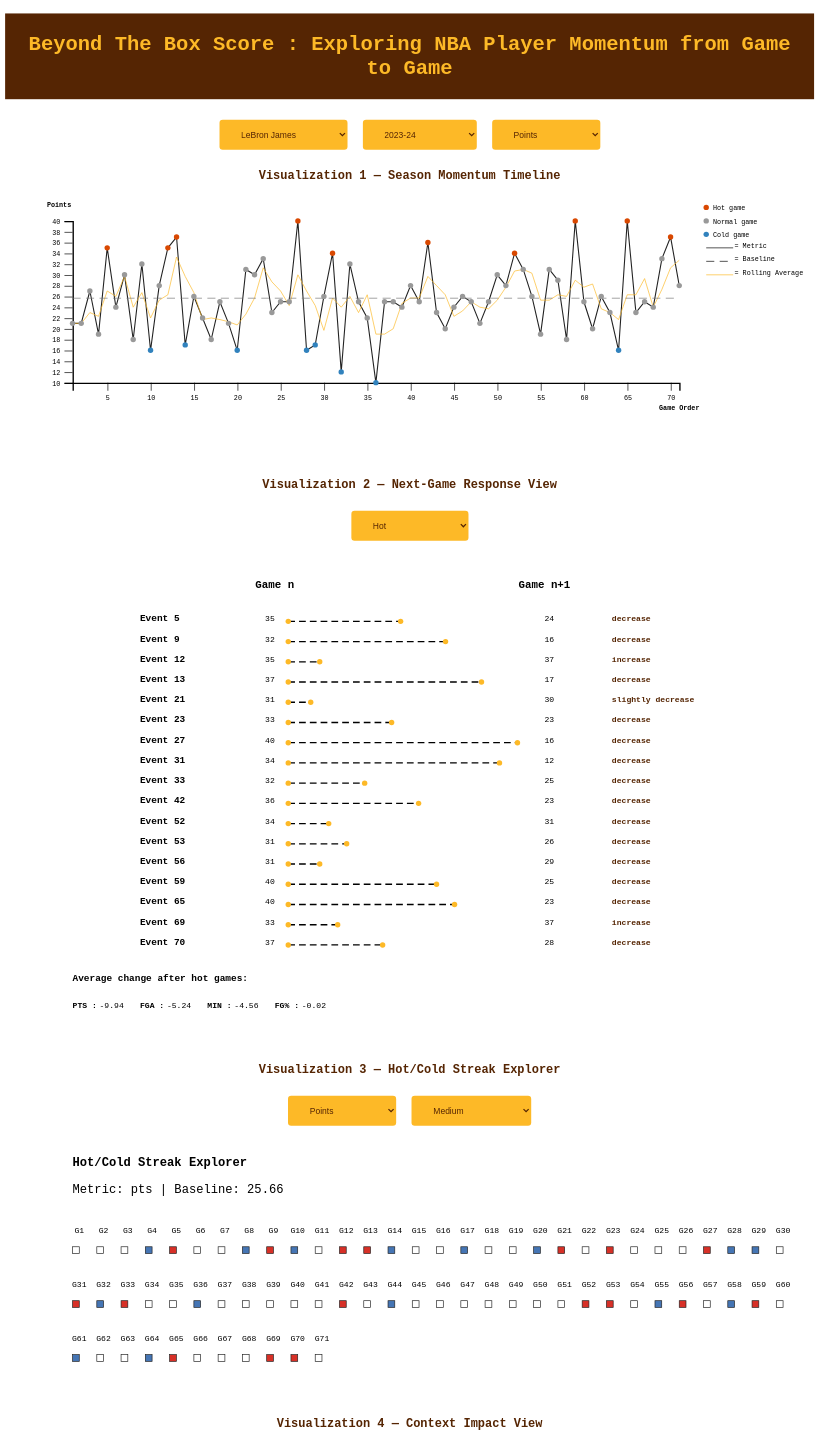
Repository: houdafatih/Data-Viz-Project
Page: index.html
An editor plug-in stored every save of this project. The page is shown before and after the next save, followed by the edit.
The browser window is 1280 px wide. The pictures show the whole page, at 64% of full size.

Above is the page before, as saved 2026-06-21 02:48:13.

### index.html
<!DOCTYPE html>
<html>
   <head>
    <meta charset="UTF-8"/>
    <title>Beyond The Box Score</title>
    <link rel="stylesheet" href="style.css" >
  </head>
  <body>
     <h1>Beyond The Box Score : Exploring NBA Player Momentum from Game to Game</h1>

     <div class="selection">
        <select id="playerSelect">
            <option selected disabled>Select a Player</option>
        </select>

        <select id="seasonSelect">
            <option selected disabled>Select a Season</option>
        </select>

        <select id="metricSelect">
            <option selected disabled>Select a metric</option>
            <option value="pts">Points</option>
            <option value="fga">FGA</option>
            <option value="min">Minutes</option>
            <option value="fg_pct">FG%</option>
            <option value="plus_minus">Plus/Minus</option>
        </select>
     </div>

     <h3>Visualization 1 — Season Momentum Timeline</h3>
     <div id="vizual1"></div>

     <h3>Visualization 2 — Next-Game Response View</h3>
     <div class="selection">
        <select id="performanceSelect">
            <option selected disabled>Select event type</option>
            <option value="all">All</option>
            <option value="hot">Hot</option>
            <option value="cold">Cold</option>
            <option value="normal">Normal</option>
        </select>
     </div>
     <div id="vizual2"></div>

     <h3>Visualization 3 — Hot/Cold Streak Explorer</h3>
     <div class="selection">
        <select id="metricSelectV3">
            <option selected disabled>Select a metric</option>
            <option value="pts">Points</option>
            <option value="fga">FGA</option>
            <option value="min">Minutes</option>
            <option value="fg_pct">FG%</option>
            <option value="plus_minus">Plus/Minus</option>
        </select>
        <select id="thresholdSelect">
        <option selected disabled>Select a threshold</option>
            <option value="loose">Loose</option>
            <option value="medium">Medium</option>
            <option value="strict">Strict</option>
        </select>
     </div>
     <div id="vizual3"></div>


     <h3>Visualization 4 — Context Impact View</h3>
     <div id="vizual4"></div>

  </body>
  <script src="https://d3js.org/d3.v7.min.js"></script>
  <script type="module" src="index.js"></script>
</html>

### style.css
body{
    padding: 0px;
}
h1{
  text-align: center;
  font-size: 2rem;
  font-family: "Courier New", Courier, monospace;
  color : #fdb927;
  background-color: #552503;
  padding: 30px;

}
.selection{
    text-align: center;
}
select{
    margin: 10px;
    padding: 15px 30px;
    border-radius: 5px;
    border: none;
    background: #fdb927;
    color:#552503;

}
select option:hover{
    background-color: #fdb927;
}



h3{
    color: #552503;
    font-family: "Courier New", Courier, monospace;
    text-align: center;
}
.tick{
    font-size: 5px;
}
line{
    stroke-width: 0.5px;
}
.label{
    color: #552503;
    font-family: "Courier New", Courier, monospace;
    font-weight: bold;
}

.tooltip{
    position: fixed;
    background: wheat;
    border: 1px solid #ccc;
    padding: 10px;
    font-size: 15px;
    opacity: 0;
    pointer-events: none;

}
text{
    font-family: "Courier New", Courier, monospace;
}
.tooltip2{
    position: fixed;
    background: #fdb927;
    border: 1px solid #ccc;
    padding: 10px;
    font-size: 15px;
    visibility: hidden;
    pointer-events: none;
}
.line2{
    stroke-width: 1px;
}

### index.js
import {playersData,seasonData} from "./scripts/utils.js";
import { drawVisualization1 } from "./scripts/visualization1.js";
import { drawVisualization2 } from "./scripts/visualization2.js";
import { drawVisualization3 } from "./scripts/visualization3.js";

d3.csv("data/nba.csv").then(function(data){

   data.forEach(element => {
        element.player_id = +element.player_id
        element.game_index = +element.game_index
        element.pts = +element.pts
        element.fga = +element.fga
        element.min = +element.min
        element.fg_pct = +element.fg_pct
        element.plus_minus = +element.plus_minus
        element.next_pts = +element.next_pts
        element.next_fga = +element.next_fga
        element.next_min = +element.next_min
        element.next_fg_pct = +element.next_fg_pct
        element.rolling_pts_avg_3 = +element.rolling_pts_avg_3
        element.baseline_pts = +element.baseline_pts
        element.pts_diff_from_baseline = +element.pts_diff_from_baseline
        element.streak_length = +element.streak_length
   });

   playersData(data)
   seasonData(data)

   const nba_data = data

   d3.select("#playerSelect").property("value",nba_data[0].player_name)

   d3.select("#seasonSelect").property("value",nba_data[0].season_year)

   d3.select("#metricSelect").property("value","pts")

   d3.select("#performanceSelect").property("value","hot")

   d3.select("#metricSelectV3").property("value","pts")

   d3.select("#thresholdSelect").property("value","medium")

   updateVisualizations(nba_data)


   d3.select("#playerSelect").on("change",() => updateVisualizations(nba_data))
   d3.select("#seasonSelect").on("change",() => updateVisualizations(nba_data))
   d3.select("#metricSelect").on("change",() => updateVisualizations(nba_data))
   d3.select("#performanceSelect").on("change",() => updateVisualizations(nba_data))
   d3.select("#metricSelectV3").on("change",() => updateVisualizations(nba_data))
   d3.select("#thresholdSelect").on("change",() => updateVisualizations(nba_data))

})

function updateVisualizations(nba_data){
    const player = d3.select("#playerSelect").property("value")
    const season = d3.select("#seasonSelect").property("value")
    const metric = d3.select("#metricSelect").property("value")

    const eventT = d3.select("#performanceSelect").property("value")

    const metricv3 = d3.select("#metricSelectV3").property("value")
    const threshold =d3.select("#thresholdSelect").property("value")

    if(player === "Select a Player" || season === "Select a Season" || metric === "Select a metric"){
        return
    }

    let data_filter = nba_data.filter(d => d.player_name === player && d.season_year == season)
    drawVisualization1(data_filter,"#vizual1",metric)

    if(eventT === "Select event type"){
        return
    }
    drawVisualization2(data_filter,"#vizual2",metric,eventT)

    if(metricv3 === "Select a metric" || threshold === "Select a threshold"){
        return
    }
    drawVisualization3(data_filter,"#vizual3",metricv3,threshold)
}

### scripts/utils.js
export function playersData(data){
    const players_list = [...new Set(data.map(dt => dt.player_name))]

    d3.select("#playerSelect").selectAll(".players-options").data(players_list)
    .enter().append("option").attr("class","players-options").attr("value",dt=>dt).text(dt => dt)
}

export function seasonData(data){
    const seasons_list = [...new Set(data.map(dt => dt.season_year))]
    d3.select("#seasonSelect").selectAll(".seasons-options").data(seasons_list)
    .enter().append("option").attr("class","seasons-options").attr("value",dt=>dt).text(dt => dt)
}

### scripts/visualization2.js
export function drawVisualization2(data,id,metric,eventT){
    if(data.length === 0) {
        clearCanvas(id)
        return
    }


     let new_data = createData(data,metric)

     if(eventT !== "all"){
        new_data = new_data.filter(d => performance_filter(d.current_g,data,metric) === eventT)
     }

     const canvas = createCanvas(new_data)

     clearCanvas(id)

     const svg = addSvg(id,canvas)

     draw_Header(svg,200,400)
     draw_Rows(svg,new_data,200,400,canvas.margin,15)
     addSummaryCard(svg,new_data,eventT,canvas)

}
function createCanvas(new_data){
    return{
        width : 600, height: 100 + new_data.length *16 , margin:{top: 20,right:100, bottom:60, left:50}
    }
}

function clearCanvas(id){
    d3.select(id).html("")
}

function addSvg(id,canvas){
    return d3.select(id).append("svg").attr("viewBox",`0 0 ${canvas.width} ${canvas.height}`)
}

function createData(data,metric){
   const new_data = data.slice().sort((a,b) => a.game_index - b.game_index)

   return new_data.slice(0,-1).map((d,j) => {
      const nextG = new_data[j+1]

      return {
        eventN: j+1,
        game_idx : d.game_index,
        nextg_index : nextG.game_index,
        current_v: d[metric],
        next_v : nextG[metric],
        difference : nextG[metric] - d[metric],
        current_g : d,
        next_g : nextG
      }
   })
}

function draw_Header(svg,left,right){
    svg.append("text").attr("x",left).attr("y",30)
    .attr("text-anchor","middle").attr("font-weight","bold").attr("font-size","8px").text("Game n")

    svg.append("text").attr("x",right).attr("y",30)
    .attr("text-anchor","middle").attr("font-weight","bold").attr("font-size","8px").text("Game n+1")

}

function draw_Rows(svg,new_data,left,right,margin,r_height){
    const tooltip = toolTip2(new_data)

    const rows = svg.selectAll(".response-row").data(new_data).enter()
     .append("g").attr("class","response-row")
     .attr("transform",(d,j) => `translate(0,${margin.top+j*r_height})`)

    rows.append("text").attr("x",100).attr("y",35).text(d =>`Event ${d.eventN}` )
     .attr("font-size","7px").attr("font-weight","bold")
    rows.append("text").attr("x",left).attr("y",35).attr("text-anchor","end").text(d => d.current_v).attr("font-size","6px")

    const line_scale = d3.scaleLinear().domain([0,d3.max(new_data, d => Math.abs(d.difference))]).range([20,180])

    rows.append("line").attr("x1",left+10).attr("class","line2")
    .attr("x2",d => { const l= line_scale(Math.abs(d.difference))
        return left+l

    })
    .attr("y1",35).attr("y2",35).attr("stroke","black").attr("stroke-dasharray","5 3")
    .on("mouseover",function(event,d){
        tooltip.style("visibility","visible").html(tooltipInformations2(d))
     })
     .on("mousemove",function(event){
        tooltip.style("left",event.clientX+15+"px")
          .style("top",event.clientY-20+"px")
     })
     .on("mouseout",function(){
        tooltip.style("visibility","hidden")
     })

    rows.append("circle").attr("cx",left+10).attr("cy",35).attr("r",2).attr("fill","#fdb927")
    rows.append("circle").attr("cx",d => { const l= line_scale(Math.abs(d.difference))
        return left+l

    }).attr("cy",35).attr("r",2).attr("fill","#fdb927")

    rows.append("text").attr("x",right).attr("y",35).text(d => d.next_v).attr("font-size","6px")

    rows.append("text").attr("x",right+50).attr("y",35).text(d => difference_label(d.difference))
    .attr("font-size","6px").attr("fill","#552503").attr("font-weight","bold")

}

function difference_label(diff){
    if(diff > 1) return "increase"
    if(diff < -1) return "decrease"
    if(diff < 0) return "slightly decrease"
    if(diff > 0) return "slightly increase"
    return "stable"
}

function performance_filter(d,data,metric){
   const bLine = d3.mean(data,dt => dt[metric])
   const th = Math.abs(bLine) * 0.2
   const dv = d[metric] - bLine

   if(dv > th) return "hot"
   if(dv < -th) return "cold"
   return "normal"
}

function addSummaryCard(svg,new_data,eventT,canvas){

    svg.append("text").attr("x",50).attr("y",canvas.height-50)
    .attr("font-weight","bold").text(`Average change after ${eventT} games:`).attr("font-size","7px")

    const metrics_change = new_data.map(d => {
        const pts = d.current_g["next_pts"] - d.current_g["pts"]
        const fga = d.current_g["next_fga"] - d.current_g["fga"]
        const min = d.current_g["next_min"] - d.current_g["min"]
        const fg_pct = d.current_g["next_fg_pct"] - d.current_g["fg_pct"]

        return {"pts":pts,"fga":fga,"min":min,"fg_pct":fg_pct}
    })

    const means = [
        {"avg":d3.mean(metrics_change,d => d.pts),"name":"PTS"},
        {"avg":d3.mean(metrics_change,d => d.fga),"name":"FGA"},
        {"avg":d3.mean(metrics_change,d => d.min),"name":"MIN"},
        {"avg":d3.mean(metrics_change,d => d.fg_pct),"name":"FG%"}
    ]

    means.forEach((element,i) => {
        let position = canvas.margin.left+i*50
        svg.append("text").attr("x",position).attr("y",canvas.height-30)
        .attr("font-size","6px").attr("font-weight","bold")
        .text(`${element.name} : `)
        svg.append("text").attr("x",position+20).attr("y",canvas.height-30)
        .attr("font-size","6px")
        .text(`${element.avg.toFixed(2)}`)

    });

}

function toolTip2(){
    let tooltip = d3.select("body").select(".tooltip2")
    if(tooltip.empty()){
        tooltip = d3.select("body").append("div").attr("class","tooltip2")
    }

    return tooltip
}

function tooltipInformations2(data){
    console.log(data)
    return `<strong> Game n - Date: ${data.current_g["game_date"]} </strong><br>
            <strong> Game n - Opponent: ${data.current_g["opponent"]} </strong><br>
            <strong> Game n - Points: ${data.current_g["pts"]} </strong><br>
            <strong> Game n+1 - Date: ${data.next_g["game_date"]} </strong><br>
            <strong> Game n+1 - Opponent: ${data.next_g["opponent"]} </strong><br>
            <strong> Game n+1 - Points: ${data.next_g["pts"]} </strong><br>
    `
}

### scripts/visualization3.js
export function drawVisualization3(data,id,metric,threshold){
     if(data.length === 0) {
        clearCanvas(id)
        return
    }
     const canvas = createCanvas()

     clearCanvas(id)

     const svg = addSvg(id,canvas)

     const baseline_classif = calculateBaselineAndClassifyGames(data,metric)
     const scale = colorScale()

     addTitle(svg,canvas,baseline_classif.baseline,metric)

     addLablels(svg,baseline_classif.classification,canvas)

     addCells(svg,baseline_classif.classification,canvas,scale)

}

function createCanvas(){
    return{
        width : 600, height: 200, margin:{top: 20,right:100, bottom:60, left:50}
    }
}

function clearCanvas(id){
    d3.select(id).html("")
}

function addSvg(id,canvas){
    return d3.select(id).append("svg").attr("viewBox",`0 0 ${canvas.width} ${canvas.height}`)
}

function calculateBaselineAndClassifyGames(data,metric)
{
  const baseline = d3.mean(data,dt=> dt[metric])

  const classification = data.map((d,j)=> {
    let perf_label = ""
    if(d[metric] > baseline + 5){
        perf_label = "hot"
    }else if(d[metric] < baseline - 5){
        perf_label = "cold"
    }
    else perf_label = "normal"

    return {
        ...d,
        g_num : j+1,
        perf_label:perf_label,
        difference : d[metric] - baseline
    }
  })

    return{
        baseline : baseline,
        classification : classification
    }
}

function colorScale(){
    const color_sc = d3.scaleOrdinal()
    .domain(["hot","normal","cold"])
    .range(["#d73027","#fff","#4575b4"])
    return color_sc
}

function addTitle(svg,canvas,baseline,metric){
    svg.append("text").attr("x",canvas.margin.left).attr("y",25).attr("font-size","9px")
    .attr("font-weight","bold").text("Hot/Cold Streak Explorer")

    svg.append("text").attr("x",canvas.margin.left).attr("y",45).attr("font-size","9px")
    .text(`Metric: ${metric} | Baseline: ${baseline.toFixed(2)}`)
}

function addLablels(svg, classification,canvas){
    const num = 30
    svg.selectAll(".game-label").data(classification).enter().append("text").attr("class","game-label")
    .attr("x",(d,j) => canvas.margin.left + (j%num) * 18 + 10 /2).attr("y",(d,j) => 75 + (Math.floor(j/num))*40)
    .attr("text-anchor","middle").attr("font-size","6px").text(d => `G${d.g_num}`)
}

function addCells(svg, classification,canvas,scale){
    const num = 30
    svg.selectAll(".game-cell").data(classification).enter().append("rect").attr("class","game-cell")
    .attr("x",(d,j) => canvas.margin.left + (j%num) * 18).attr("y",(d,j) => 85 + (Math.floor(j/num))*40).attr("width",5).attr("height",5)
    .attr("fill",d => scale(d.perf_label)).attr("stroke","#222").attr("stroke-width",0.5)
}

Loaded but not shown: scripts/visualization1.js (197 lines, source omitted)

After the next save:
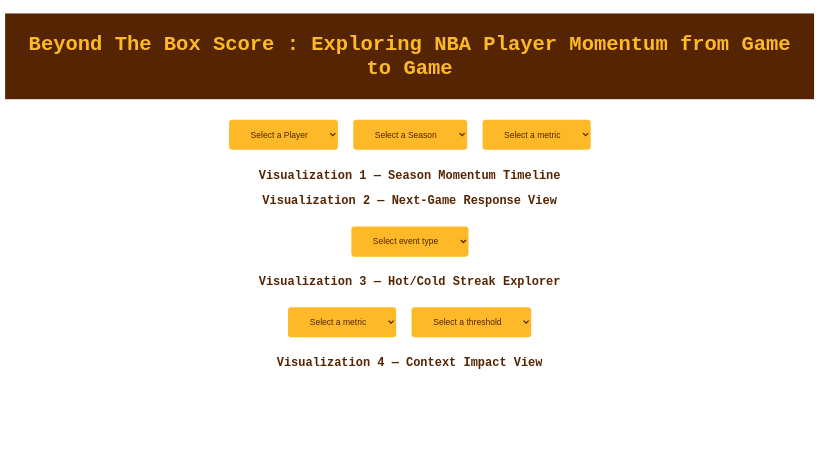
Console error: SyntaxError: Unexpected end of input
Saved 3 min 23 s later.
--- a/scripts/visualization3.js
+++ b/scripts/visualization3.js
@@ -1,3 +1,9 @@
+
+const colors_labels = [
+    {lab:"Hot games",color:"#d73027"},
+    {lab:"Normal games",color:"#fff"},
+    {lab:"Cold games",color:"#4575b4"}
+]
 export function drawVisualization3(data,id,metric,threshold){
      if(data.length === 0) {
         clearCanvas(id)
@@ -89,3 +95,5 @@
     .attr("x",(d,j) => canvas.margin.left + (j%num) * 18).attr("y",(d,j) => 85 + (Math.floor(j/num))*40).attr("width",5).attr("height",5)
     .attr("fill",d => scale(d.perf_label)).attr("stroke","#222").attr("stroke-width",0.5)
 }
+
+function addLegends()

After the save that followed:
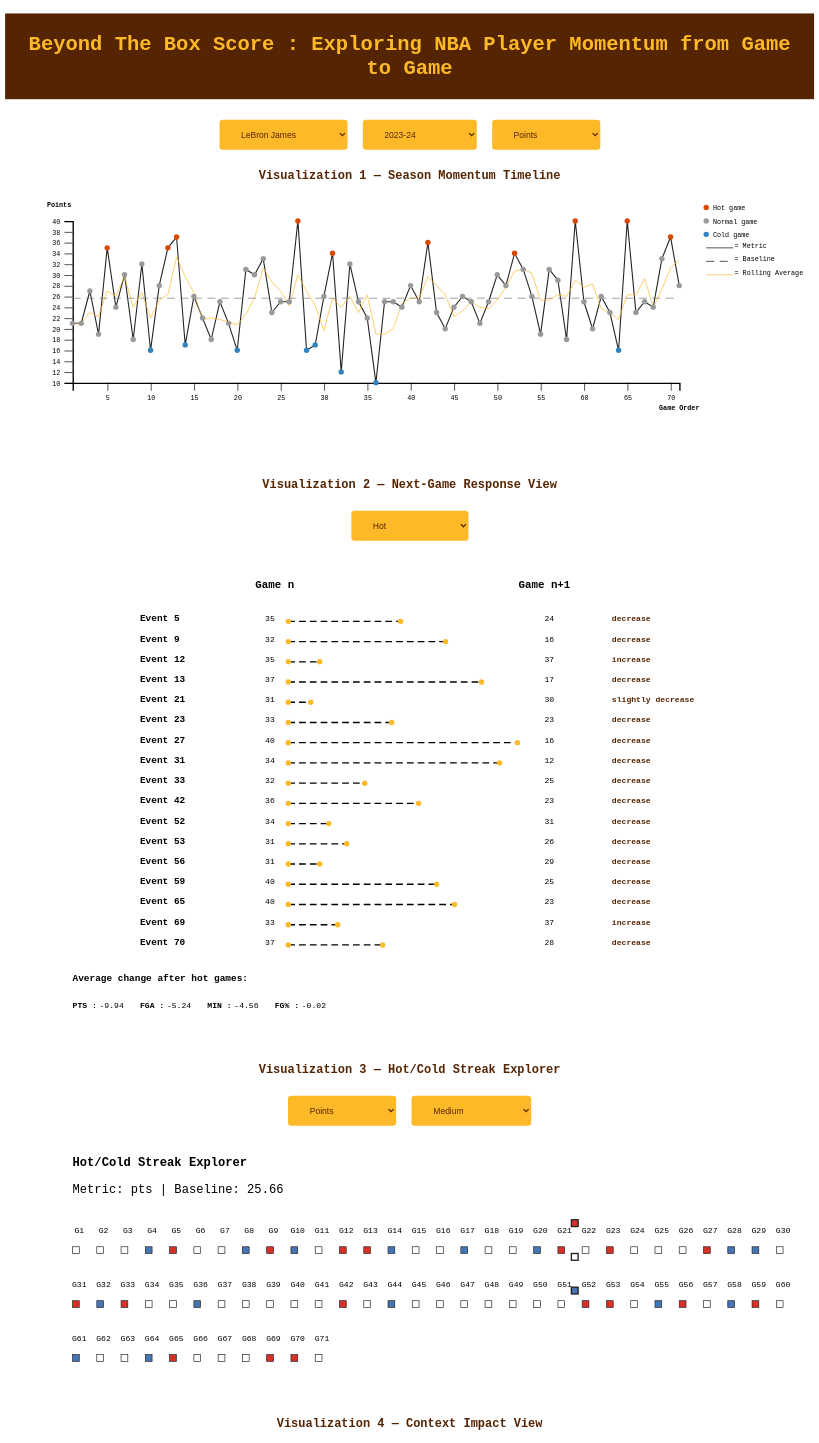
The error is gone.
Saved 4 min 40 s later.
--- a/scripts/visualization3.js
+++ b/scripts/visualization3.js
@@ -23,6 +23,8 @@
      addLablels(svg,baseline_classif.classification,canvas)
 
      addCells(svg,baseline_classif.classification,canvas,scale)
+
+     addLegends(svg,canvas)
 
 }
 
@@ -96,4 +98,8 @@
     .attr("fill",d => scale(d.perf_label)).attr("stroke","#222").attr("stroke-width",0.5)
 }
 
-function addLegends()
+function addLegends(svg,canvas){
+    svg.selectAll(".legend-rec").data(colors_labels).enter().append("rect").attr("class",".legend-rec")
+    .attr("x",canvas.width-180).attr("y",(d,j) => 65 + j * 25)
+    .attr("width",5).attr("height",5).attr("fill",d => d.color).attr("stroke","#222")
+}
